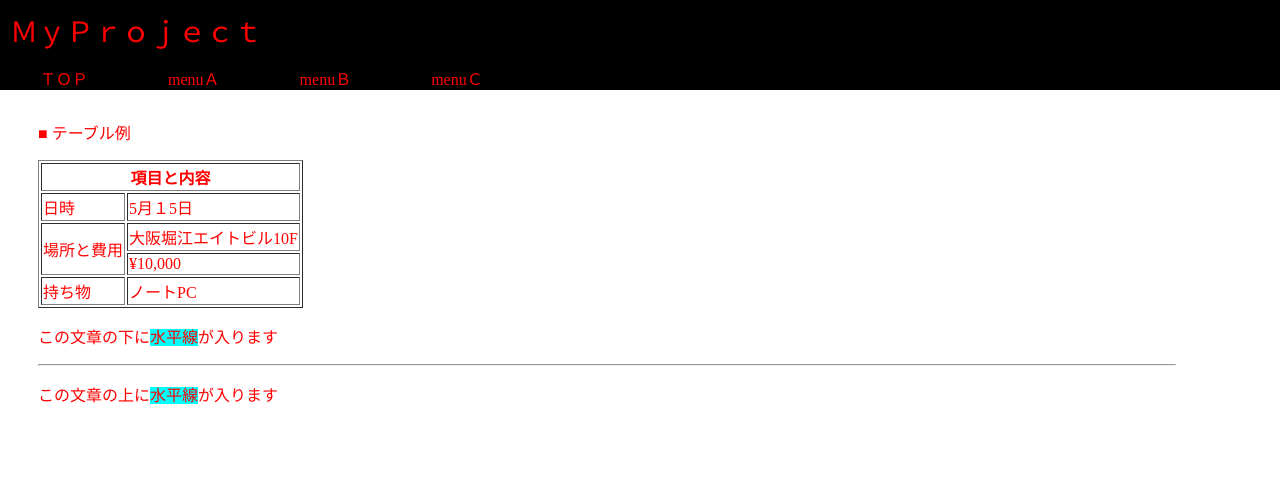
Repository: user10112018/test
Page: http://localhost/MyProject/
These files come from the project's save history. The page is drawn as it stood at one moment and after the next save; the edit follows.
The browser window is 1280 px wide. The pictures show the whole page.
The page is served by Tomcat 9. Other server files are loaded and not shown.

Above is the page before, as saved 2018-11-14 02:33:29.

### MyProject/WebContent/index.jsp
<%@ page language="java" contentType="text/html; charset=UTF-8"
    pageEncoding="UTF-8"%>
<%@ taglib prefix="s" uri="/struts-tags" %>
<!DOCTYPE html>
<html>
<head>
<meta charset="UTF-8">
<link rel="stylesheet" href="./css/style01.css">

<title>Index</title>



</head>


<body>
<!-- ============== ココカラ =============== -->

<!-- ==== header ===== -->
<header>

<div id="logo">ＭｙＰｒｏｊｅｃｔ</div>



<div id="menu">

<ul>
   <li>ＴＯＰ</li>
   <li>menuＡ</li>
   <li>menuＢ</li>
   <li>menuＣ</li>
</ul>

</div>

</header>

<!-- ==== main ===== -->

<main>

<div id="main-container">

<p>■ テーブル例</p>
<table border="1">
     <tr><th colspan="2">項目と内容</th></tr>
     <tr><td>日時</td><td>5月１5日</td></tr>
     <tr><td rowspan="2">場所と費用</td><td>大阪堀江エイトビル10F</td></tr>
     <tr><td>¥10,000</td></tr>
     <tr><td>持ち物</td><td>ノートPC</td></tr>
</table>


<p>この文章の下に<span style="background:aqua;">水平線</span>が入ります</p>
<!-- 水平線を入れたいときには<hr>タグ -->
<hr>
<p>この文章の上に<span style="background:aqua;">水平線</span>が入ります</p>

</div>

</main>
<!-- ==== footer ===== -->

<footer>

</footer>

</body>

</html>

### MyProject/WebContent/css/style01.css
@CHARSET "UTF-8";

body {
	color: red;
}


header{
	position: absolute;
	left: 0px;
	top: 0px;
	background-color: black;
	width: 100%;
}


#logo{
	font-size: 28px;
/* 	color: red; */
/* 	font-family:  */
    padding-top: 10px;
    padding-left: 10px;


}

#menu{
/* 	width: 100%; */
	heiht: 70px;
	background-color: black;
}

#menu ul{
/* 	padding-right: 20px; */

}

#menu ul li{
	float: left;
	list-style: none;
/* 	color: red; */
	font-size: 16px;
	padding-right: 80px;
/* 	text-align: left; */
    height: 24px;
}

main{
	clear: both;
}

#main-container{
	width: 90%;
	margin-top: 120px;
	margin-left: 30px;
/* 	left: 30px; */
}

After the next save:
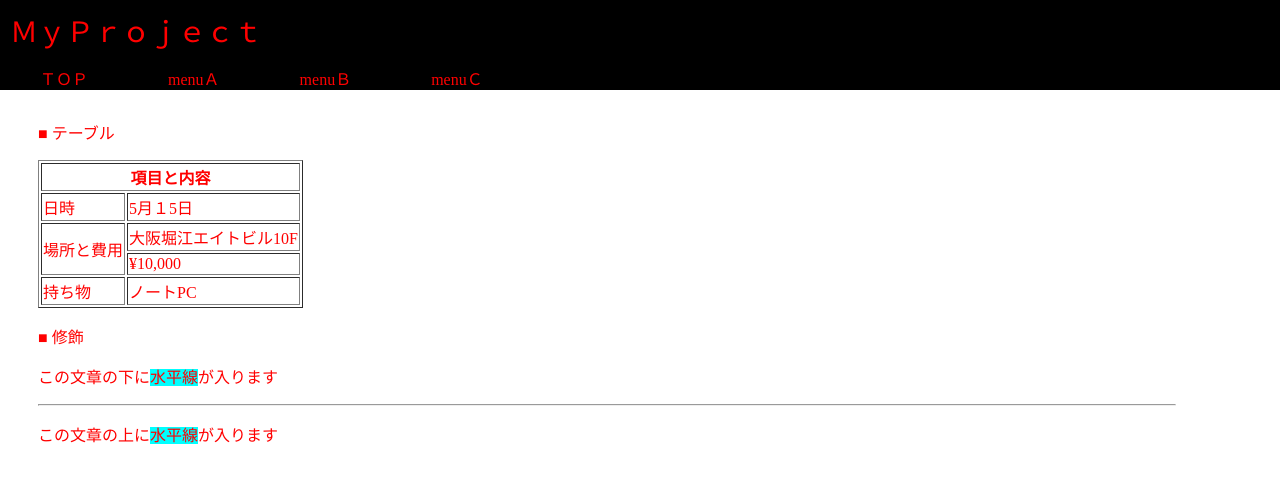
Saved 79 s later.
--- a/MyProject/WebContent/index.jsp
+++ b/MyProject/WebContent/index.jsp
@@ -43,7 +43,7 @@
 
 <div id="main-container">
 
-<p>■ テーブル例</p>
+<p>■ テーブル</p>
 <table border="1">
      <tr><th colspan="2">項目と内容</th></tr>
      <tr><td>日時</td><td>5月１5日</td></tr>
@@ -52,7 +52,8 @@
      <tr><td>持ち物</td><td>ノートPC</td></tr>
 </table>
 
-
+<p></p>
+<p>■ 修飾</p>
 <p>この文章の下に<span style="background:aqua;">水平線</span>が入ります</p>
 <!-- 水平線を入れたいときには<hr>タグ -->
 <hr>
